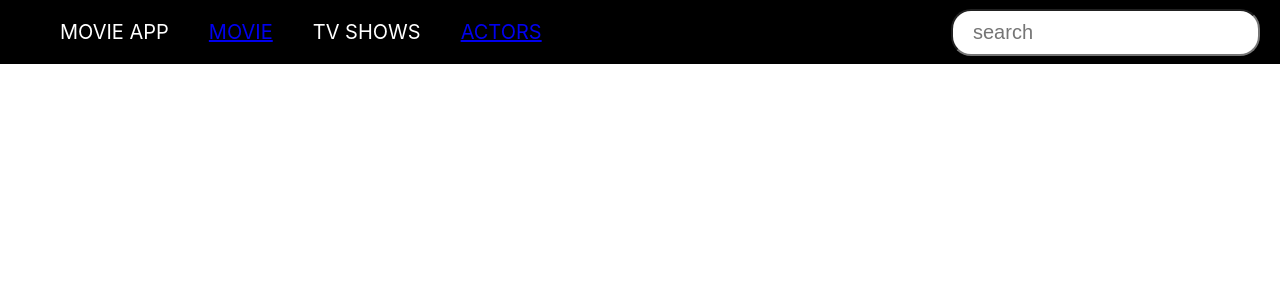
Repository: manahiang/MovieMana
Page: / (app in src/)
These files come from the project's save history. The page is drawn as it stood at one moment and after a run of saves; the edit follows.
The browser window is 1280 px wide. The pictures show the whole page.
The project was rebuilt for these pictures with package versions that can differ from the ones it lists, and the page was loaded fresh each time. Also part of the build but not shown: src/src/App.css, src/src/menu/tv-shows.js, src/src/menu/actors.js, src/src/menu/movies.js.

Above is the page before, as saved 2022-11-14 11:47:46.

### src/src/index.css
body {
  margin: 0;
  font-family: -apple-system, BlinkMacSystemFont, 'Segoe UI', 'Roboto', 'Oxygen',
    'Ubuntu', 'Cantarell', 'Fira Sans', 'Droid Sans', 'Helvetica Neue',
    sans-serif;
  -webkit-font-smoothing: antialiased;
  -moz-osx-font-smoothing: grayscale;
  color: white;
}
.header{
  width: 100%;
  height: auto;
  background-color: black;
}
.navbar{
  display: flex;
  justify-content: space-between;
  font-size: 20px;
  text-transform: uppercase;
  align-items: center;
}
.menu ul li{
  display: inline;
  align-items: center;
  justify-content: center;
  padding: 20px;
}
.search{
  align-items: center;
  justify-content: center;
  display: flex;
  padding-right: 20px;
}
.search input{
  font-size: 20px;
  border-radius: 20px;
  padding-left: 30px;
  padding:10px 20px;

}
.menu ul li:hover a{
  color: yellow;
  cursor: pointer;
}

### src/src/App.js
//import logo from './logo.svg';
import './App.css';
import MoiveMana from './movieMana'
import { BrowserRouter, Routes, Route } from "react-router-dom"
import TVShow from './menu/tv-shows';
import Actors from './menu/actors';
import Movies from './menu/movies';

function App() {
  return (
    <BrowserRouter>
      <Routes>
        <Route path='/' element={<MoiveMana/>}>
          <Route path='movies' element={<Movies/>}/>
        </Route>
      </Routes>
    </BrowserRouter>
  );
}
export default App;

### src/src/movieMana.js
import './index.css'
import {Link} from "react-router-dom"

function MoiveMana() {
    return (

        <div className="header">
            <div className="navbar">
                <div className="menu">
                    <ul>
                        <li>Movie App</li>
                        <li><Link to="movies">Movie</Link></li>
                        <li><a hreft="https://moviepiset.vercel.app/">TV shows</a></li>
                        <li><Link to="movies">Actors</Link></li>
                    </ul>
                </div>
                <div className="search">
                    <input type="text" placeholder="search" />
                </div>
            </div>
        </div>
    )
}
export default MoiveMana;

Loaded but not shown: src/public/index.html (common file); src/src/index.js (common file); src/src/reportWebVitals.js (common file)

After the next 8 saves:
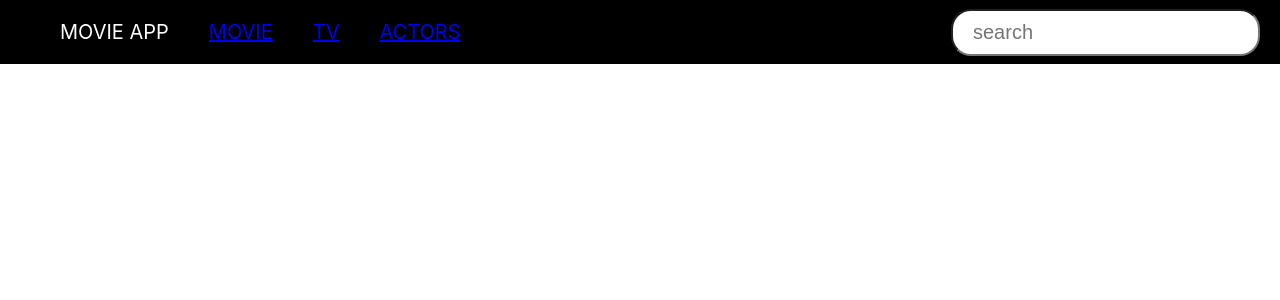
The 8 saves are shown as one change because 2 did not build or start and some came seconds apart.
The last was saved 33 s later.
--- a/src/src/movieMana.js
+++ b/src/src/movieMana.js
@@ -10,7 +10,7 @@ function MoiveMana() {
                     <ul>
                         <li>Movie App</li>
                         <li><Link to="movies">Movie</Link></li>
-                        <li><a hreft="https://moviepiset.vercel.app/">TV shows</a></li>
+                        <li><Link to="tv-shows">TV</Link></li>
                         <li><Link to="movies">Actors</Link></li>
                     </ul>
                 </div>
